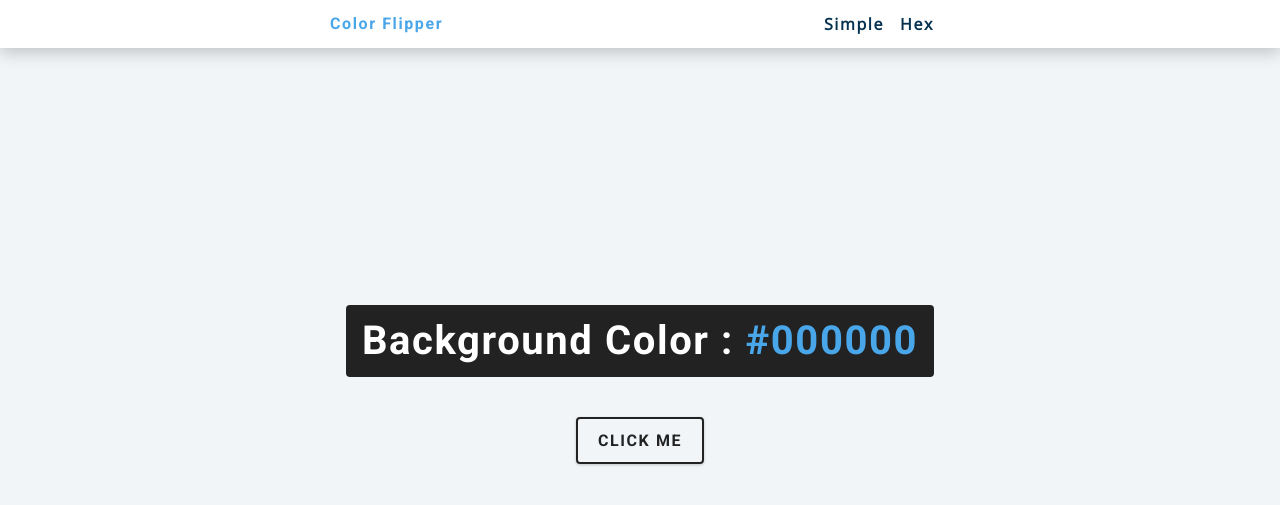
Repository: smit1298/color-changer
Page: hex.html
These files come from the project's save history. The page is drawn as it stood at one moment and after a run of saves; the edit follows.
The browser window is 1280 px wide. The pictures show the whole page.
After loading, the first visible `#btn` was clicked once.

Above is the page before, as saved 2022-05-02 19:15:51.

After the next 6 saves:
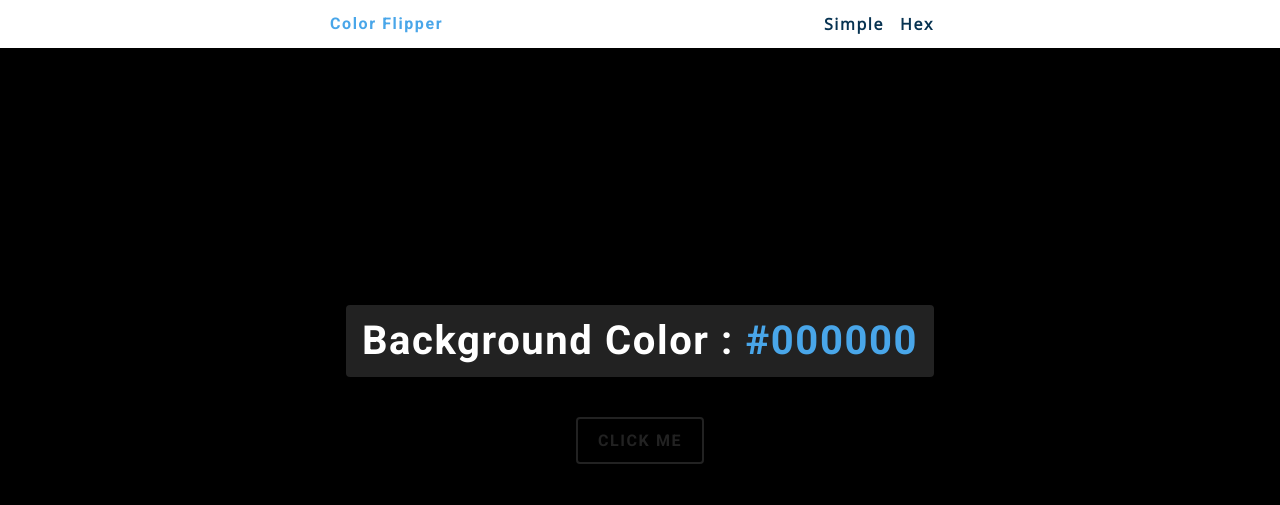
The 6 saves are shown as one change because they came seconds apart.
The last was saved 16 s later.
--- a/hex.js
+++ b/hex.js
@@ -10,5 +10,5 @@ for (let i = 0; i<6; i++){
     hexColor += hex[0]
 }
 color.textContent = hexColor;
-document.body.style
+document.body.style.backgroundColor = hexColor;
 })
